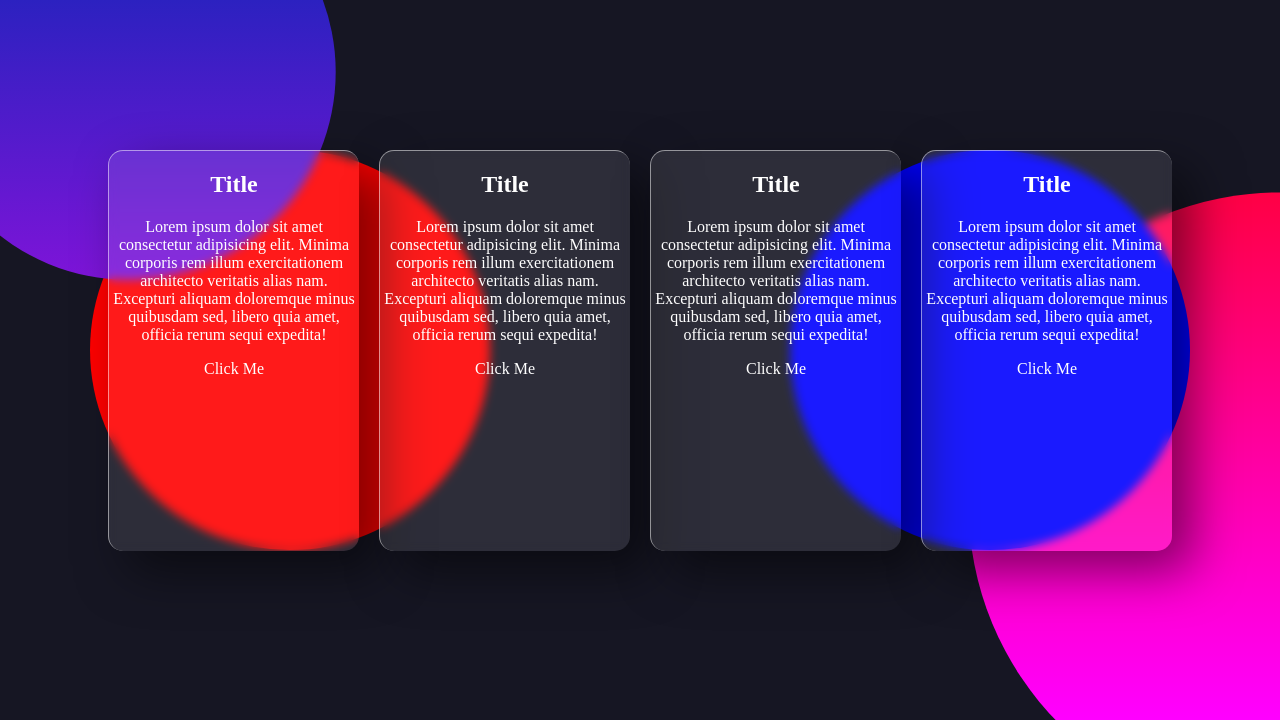
Repository: dovanluyen1996/Test-Git-PR
Page: index.html
An editor plug-in stored every save of this project. The page is shown before and after the next save, followed by the edit.
The browser window is 1280 px wide. The pictures show the whole page.

Above is the page before, as saved 2021-09-07 00:05:25.

### index.html
<!DOCTYPE html>
<html lang="en">
  <head>
    <meta charset="UTF-8" />
    <meta http-equiv="X-UA-Compatible" content="IE=edge" />
    <meta name="viewport" content="width=device-width, initial-scale=1.0" />
    <title>TestVsCode</title>
    <link rel="stylesheet" href="css/style.css" />
  </head>

  <body>
    <div class="container">
      <div class="test1"></div>
      <div class="test2"></div>
    </div>
    <div class="center">
      <div class="item-center">
        <h2>Title</h2>
        <p class="text">
          Lorem ipsum dolor sit amet consectetur adipisicing elit. Minima
          corporis rem illum exercitationem architecto veritatis alias nam.
          Excepturi aliquam doloremque minus quibusdam sed, libero quia amet,
          officia rerum sequi expedita!
        </p>
        <a href="javascript:void(0)">Click Me</a>
      </div>
      <div class="item-center">
        <h2>Title</h2>
        <p class="text">
          Lorem ipsum dolor sit amet consectetur adipisicing elit. Minima
          corporis rem illum exercitationem architecto veritatis alias nam.
          Excepturi aliquam doloremque minus quibusdam sed, libero quia amet,
          officia rerum sequi expedita!
        </p>
        <a href="javascript:void(0)">Click Me</a>
      </div>
      <div class="item-center">
        <h2>Title</h2>
        <p class="text">
          Lorem ipsum dolor sit amet consectetur adipisicing elit. Minima
          corporis rem illum exercitationem architecto veritatis alias nam.
          Excepturi aliquam doloremque minus quibusdam sed, libero quia amet,
          officia rerum sequi expedita!
        </p>
        <a href="javascript:void(0)">Click Me</a>
      </div>
      <div class="item-center">
        <h2>Title</h2>
        <p class="text">
          Lorem ipsum dolor sit amet consectetur adipisicing elit. Minima
          corporis rem illum exercitationem architecto veritatis alias nam.
          Excepturi aliquam doloremque minus quibusdam sed, libero quia amet,
          officia rerum sequi expedita!
        </p>
        <a href="javascript:void(0)">Click Me</a>
      </div>
    </div>
  </body>
</html>

### css/style.css
body {
  background: #161623;
}
body::before {
  content: "";
  position: absolute;
  top: 0;
  left: 0;
  width: 100%;
  height: 100%;
  background: linear-gradient(#f00, #f0f);
  clip-path: circle(30% at right 70%);
}
body::after {
  content: "";
  position: absolute;
  top: 0;
  left: 0;
  width: 100%;
  height: 100%;
  background: linear-gradient(rgb(44, 33, 192), #f0f);
  clip-path: circle(20% at 10% 10%);
}
.container {
  width: 1100px;
  margin: 0 auto;
  position: relative;
}
.test1 {
  width: 400px;
  height: 400px;
  background-color: red;
  border-radius: 50%;
  position: absolute;
}
.test2 {
  width: 400px;
  height: 400px;
  background-color: blue;
  border-radius: 50%;
  position: absolute;
  right: 0;
}
.center {
  margin-top: 150px;
  position: relative;
  z-index: 999;
  display: flex;
  column-gap: 20px;
  justify-content: center;
  align-items: center;
  color: white;
}
.item-center {
  overflow: hidden;
  width: 250px;
  height: 400px;
  text-align: center;
  border-radius: 15px;
  border-top: 1px solid rgba(255, 255, 255, 0.5);
  border-left: 1px solid rgba(255, 255, 255, 0.5);
  box-shadow: 20px 20px 50px rgba(0, 0, 0, 0.5);
  background: rgba(255, 255, 255, 0.1);
  backdrop-filter: blur(5px);
}
.item-center a {
  text-decoration: none;
  color: #fff;
  display: block;
}

After the next save:
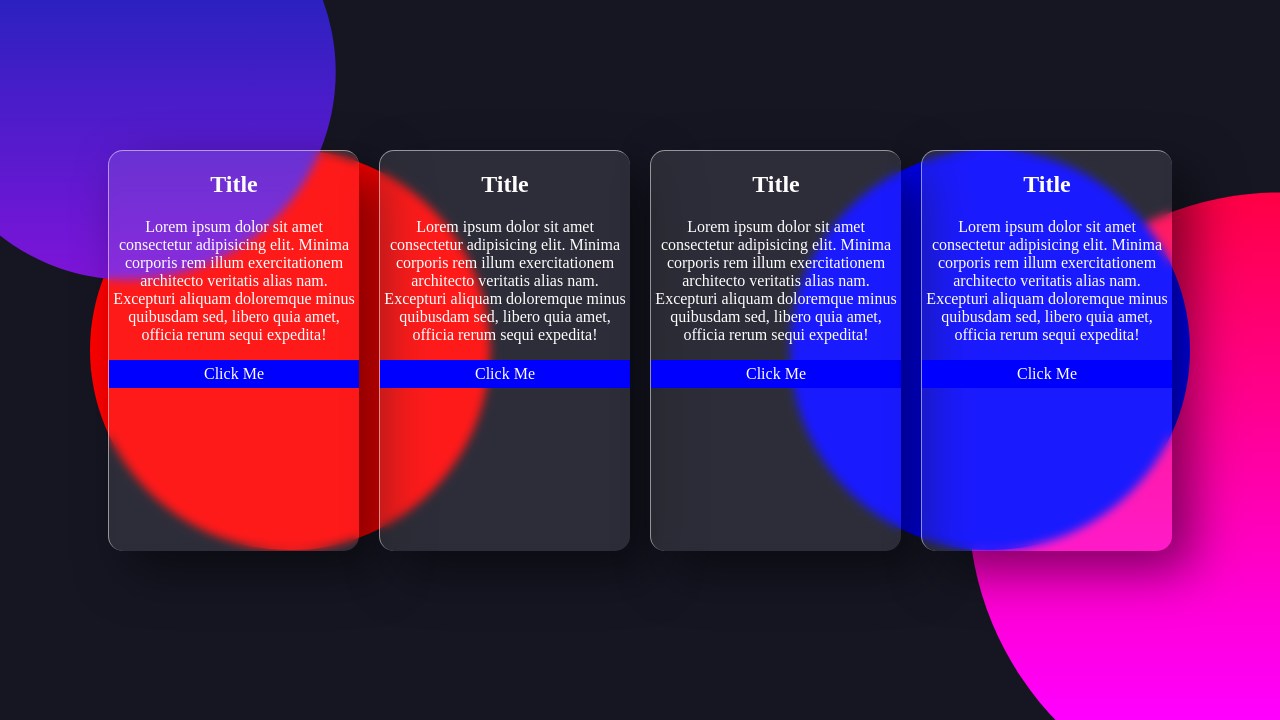
Saved 16 s later.
--- a/css/style.css
+++ b/css/style.css
@@ -67,4 +67,6 @@ body::after {
   text-decoration: none;
   color: #fff;
   display: block;
+  padding: 5px;
+  background-color: blue;
 }
